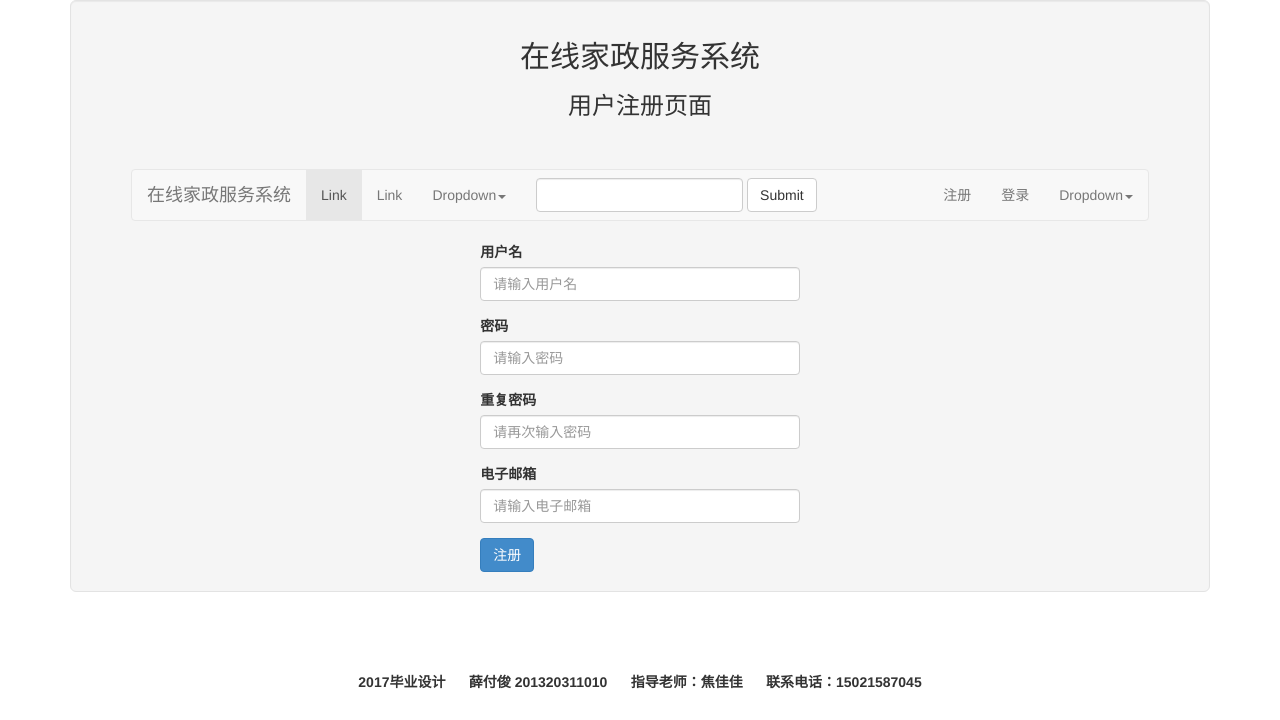
Repository: ELeonCXFJ/MyEclipseWS
Page: http://localhost/MyWeb/jsps/user/register.jsp
The author's editor kept a copy of each file at every save. The page is drawn from the files as they stood at one save, then again after the next save.
The browser window is 1280 px wide. The pictures show the whole page.
The page is served by Tomcat 9. Nobody is signed in. The application's start-up code is not run. Other server files are loaded and not shown.

Above is the page before, as saved 2017-03-17 04:56:05.

### MyWeb/WebRoot/jsps/user/register.jsp
<%@ page language="java" import="java.util.*" pageEncoding="UTF-8"%>
<%@ taglib prefix="c" uri="http://java.sun.com/jsp/jstl/core" %>

<!DOCTYPE html>
<html>
<head>
   	<meta charset="utf-8">
   	<meta name="viewport" content="width=device-width, initial-scale=1">
   	<title>用户注册</title>

   	<link rel="stylesheet" href="${pageContext.request.contextPath}/vendor/bootstrap/css/bootstrap.css" />
   	<link rel="stylesheet" href="${pageContext.request.contextPath}/dist/css/bootstrapValidator.css" />

   	<script type="text/javascript" src="${pageContext.request.contextPath}/vendor/jquery/jquery.min.js"></script>
   	<script type="text/javascript" src="${pageContext.request.contextPath}/vendor/bootstrap/js/bootstrap.min.js"></script>
	<script type="text/javascript" src="${pageContext.request.contextPath}/dist/js/bootstrapValidator.js"></script>

</head>

<body>
<div class="container" >
<div class="jumbotron well">
	<h2 align="center">在线家政服务系统</h2>
	<h3 align="center">用户注册页面</h3></br></br>
	<div class="row clearfix">
	<c:import url="../../top.jsp"></c:import>
		<div class="col-md-12 column">
		</div>
	</div>
	<div class="row clearfix">
		<div class="col-md-4 column">
		</div>

		<div class="col-md-4 column">
			<form id="mainform" action="<c:url value='/UserServlet'/>" method="post" role="form">
				<input type="hidden" name="method" value="register"/>
				<div class="form-group">
					 <label for="username">用户名</label>
					 <input type="text" name="username" class="form-control" id="username" placeholder="请输入用户名" data-bv-remote="true"/>
				</div>

				<div class="form-group">
					 <label for="password">密码</label>
					 <input type="password" name="password" class="form-control" id="password" placeholder="请输入密码"  />
				</div>

				<div class="form-group">
					 <label for="confirmpassword">重复密码</label>
					 <input type="password" name="confirmpassword" class="form-control" id="confirmpassword" placeholder="请再次输入密码"  />
				</div>

				<div class="form-group">
					 <label for="email">电子邮箱</label>
					 <input type="text" name="email" class="form-control" id="username" placeholder="请输入电子邮箱"/>
				</div>

				<button type="submit" class="btn btn-primary">注册</button>
			</form>
		</div>
		<div class="col-md-4 column">
		</div>
	</div>
</div>
<c:import url="../../bottom.jsp"></c:import>
<div>
</div>
</div>
<script type="text/javascript">
$("#mainform").bootstrapValidator({
	message:"This value is not valid",
        feedbackIcons: {
            valid: 'glyphicon glyphicon-ok',
            invalid: 'glyphicon glyphicon-remove',
            validating: 'glyphicon glyphicon-refresh'
        },
        fields:{
			username:{
				validators:{
					notEmpty:{
						message:'用户名不能为空'
					},
					stringLength:{
						min:6,
						max:20,
						message:"用户名长度必须在6-20个字符之间"
					},
					regexp:{
						regexp:/^[a-zA-Z0-9_\.]+$/,
						message:"用户名只能由字母、数字、点和下划线组成",
					},
					threshold:6,
					remote:{
						url:'../../UserServlet?method=ajaxValidatorUserName',
						data:{username:$("#username").text()},
						delay : 1000,
						type:'POST',
						message:'该用户已存在',
					},
				}
			},

			password:{
				validators:{
					notEmpty:{
						message:'密码不能为空'
					},
					identical:{
						field: 'confirmpassword',
						message: '两次输入的密码不相同',
					},
					different:{
						field: 'username',
						message:'用户密码不能和账户名相同'
					},
					stringLength:{
						min:5,
						max:20,
						message:'密码长度必须在5-20个字符之间'
					},
				}
			},

			confirmpassword:{
				validators:{
					notEmpty:{
						message:'请重复输入密码'
					},
					identical:{
						field: 'password',
						message: '两次输入的密码不相同',
					},
					different:{
						field: 'username',
						message:'用户密码不能和账户名相同'
					},
					stringLength:{
						min:5,
						max:20,
						message:"密码长度必须在5-20个字符之间"
					},
				}
			},
			email:{
				validators:{
					emailAddress:{
						message:"当前输入的邮箱格式有误，请确认该邮箱为有效邮箱地址"
					},
					notEmpty:{
						message:'电子邮箱不能为空'
					},
					remote:{
						url:'../../UserServlet?method=ajaxValidatorEmail',
						data:{username:$("#email").text()},
						delay : 1000,
						type:'POST',
						message:'该邮箱已被注册',
					},
				}
			},
        }
    });
</script>
</body>
</html>

### MyWeb/WebRoot/top.jsp
<%@ page language="java" import="java.util.*" pageEncoding="UTF-8"%>
<%@ taglib prefix="c" uri="http://java.sun.com/jsp/jstl/core" %>

<!DOCTYPE html>
<html>
<head>
   <meta charset="utf-8">
   <title>导航栏</title>
</head>
<body>

<div class="container" align="center">
	<div class="row clearfix">
		<div class="col-md-12 column">
			<nav class="navbar navbar-default" role="navigation">
				<div class="navbar-header">
					 <button type="button" class="navbar-toggle" data-toggle="collapse" data-target="#bs-example-navbar-collapse-1"> <span class="sr-only">Toggle navigation</span><span class="icon-bar"></span><span class="icon-bar"></span><span class="icon-bar"></span></button> <a class="navbar-brand" href="../../index.jsp">在线家政服务系统</a>
				</div>
				<div class="collapse navbar-collapse" id="bs-example-navbar-collapse-1">
					<ul class="nav navbar-nav">
						<li class="active">
							 <a href="#">Link</a>
						</li>
						<li>
							 <a href="#">Link</a>
						</li>
						<li class="dropdown">
							 <a href="#" class="dropdown-toggle" data-toggle="dropdown">Dropdown<strong class="caret"></strong></a>
							<ul class="dropdown-menu">
								<li>
									 <a href="#">Action</a>
								</li>
								<li>
									 <a href="#">Another action</a>
								</li>
								<li>
									 <a href="#">Something else here</a>
								</li>
								<li class="divider">
								</li>
								<li>
									 <a href="#">Separated link</a>
								</li>
								<li class="divider">
								</li>
								<li>
									 <a href="#">One more separated link</a>
								</li>
							</ul>
						</li>
					</ul>
					<form class="navbar-form navbar-left" role="search">
						<div class="form-group">
							<input type="text" class="form-control" />
						</div> <button type="submit" class="btn btn-default">Submit</button>
					</form>
					<ul class="nav navbar-nav navbar-right">
						<li>
							 <a href="<c:url value='/jsps/user/register.jsp'/>">注册</a>
						</li>
						<li>
							<a href="<c:url value='/jsps/user/login.jsp' />">登录</a>
						</li>
						<li class="dropdown">
							 <a href="#" class="dropdown-toggle" data-toggle="dropdown">Dropdown<strong class="caret"></strong></a>
							<ul class="dropdown-menu">
								<li>
									 <a href="#">Action</a>
								</li>
								<li>
									 <a href="#">Another action</a>
								</li>
								<li>
									 <a href="#">Something else here</a>
								</li>
								<li class="divider">
								</li>
								<li>
									 <a href="#">Separated link</a>
								</li>
							</ul>
						</li>
					</ul>
				</div>
			</nav>
		</div>
	</div>
</div>
</body>

### MyWeb/WebRoot/bottom.jsp
<%@ page language="java" import="java.util.*" pageEncoding="UTF-8"%>
<%@ taglib prefix="c" uri="http://java.sun.com/jsp/jstl/core" %>

<!DOCTYPE html>
<html>
<head>
   <meta charset="utf-8">
   <title>页脚</title>
</head>
<body>

	<div align="center">
		<label for=“bottom"></br></br></br>2017毕业设计&nbsp;&nbsp;&nbsp;&nbsp;&nbsp;&nbsp;薛付俊 201320311010&nbsp;&nbsp;&nbsp;&nbsp;&nbsp;&nbsp;指导老师：焦佳佳&nbsp;&nbsp;&nbsp;&nbsp;&nbsp;&nbsp;联系电话：15021587045</label>
	</div>
	<div style="display:none;">
		<label for="hide">bootstrapvalidator引用自：https://github.com/nghuuphuoc/bootstrapvalidator</label>
	</div>
</body>

Loaded but not shown: MyWeb/WebRoot/dist/css/bootstrapValidator.css (common file); MyWeb/WebRoot/dist/js/bootstrapValidator.js (library)

After the next save:
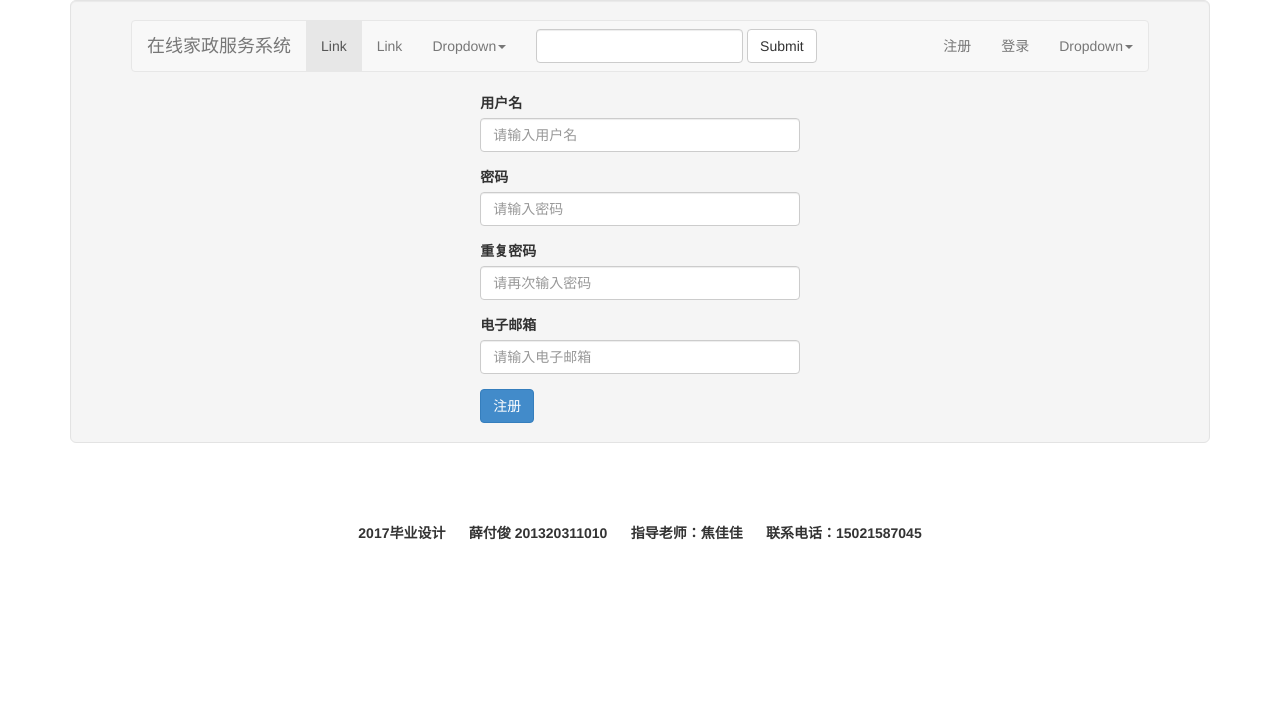
Saved 12 s later.
--- a/MyWeb/WebRoot/jsps/user/register.jsp
+++ b/MyWeb/WebRoot/jsps/user/register.jsp
@@ -20,8 +20,7 @@
 <body>
 <div class="container" >
 <div class="jumbotron well">
-	<h2 align="center">在线家政服务系统</h2>
-	<h3 align="center">用户注册页面</h3></br></br>
+
 	<div class="row clearfix">
 	<c:import url="../../top.jsp"></c:import>
 		<div class="col-md-12 column">
